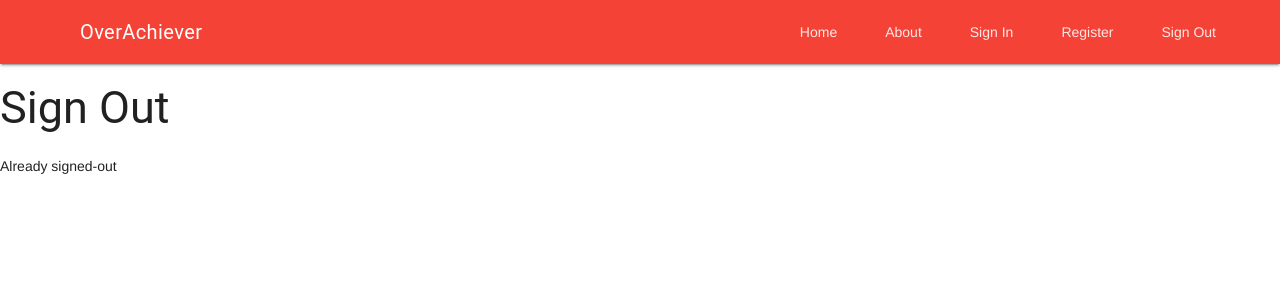
Repository: MotherTeresaHS/ICS3U-2019-Group16
Page: sign_out.html
The author's editor kept a record of every edit. The page is drawn from the files as they stood at one moment, then again after the next edit.
The browser window is 1280 px wide. The pictures show the whole page.

Above is the page before.

After the next edit:
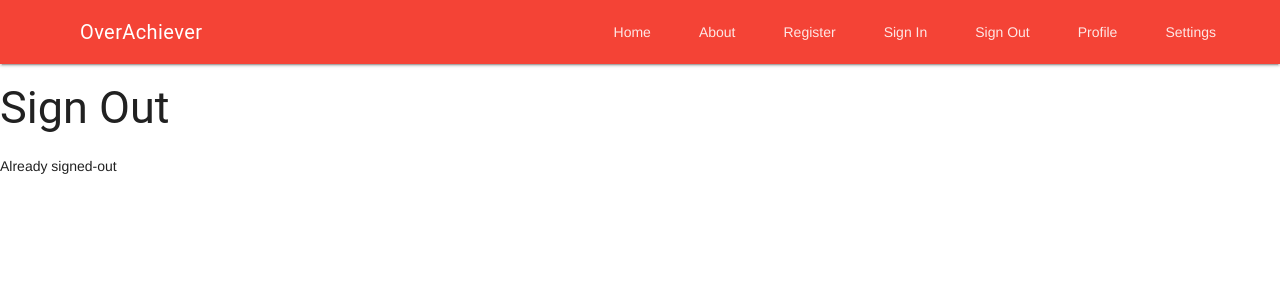
The edit:
--- a/sign_out.html
+++ b/sign_out.html
@@ -31,12 +31,13 @@
           <!-- Add spacer, to align navigation to the right -->
           <div class="mdl-layout-spacer"></div>
           <!-- Navigation. We hide it in small screens. -->
-          <nav class="mdl-navigation mdl-layout--large-screen-only">
             <a class="mdl-navigation__link" href="./index.html">Home</a>
             <a class="mdl-navigation__link" href="./about.html">About</a>
+            <a class="mdl-navigation__link" href="./register.html">Register</a>
             <a class="mdl-navigation__link" href="./sign_in.html">Sign In</a>
-            <a class="mdl-navigation__link" href="./register.html">Register</a>
             <a class="mdl-navigation__link" href="./sign_out.html">Sign Out</a>
+            <a class="mdl-navigation__link" href="./profile.html">Profile</a>
+            <a class="mdl-navigation__link" href="./settings.html">Settings</a>
           </nav>
         </div>
       </header>
